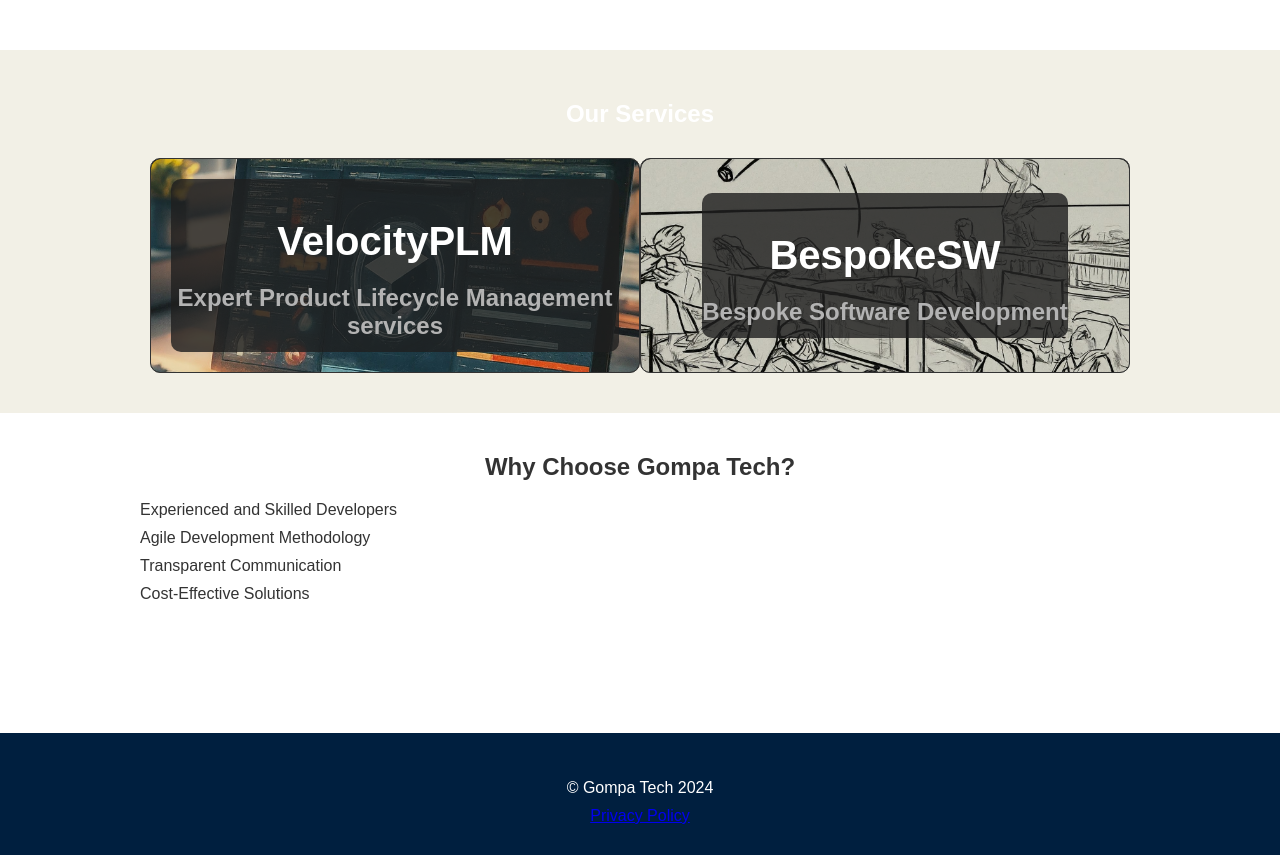
Repository: gompatech/website
Page: d3/index.html
An editor plug-in stored every save of this project. The page is shown before and after the next save, followed by the edit.
The browser window is 1280 px wide. The pictures show the part of the page from y = 257 to 1112 px (the page is 1112 px tall).

Above is the page before, as saved 2024-07-24 21:59:00.

### d3/index.html
<!DOCTYPE html>
<html lang="en">
<head>
  <meta charset="UTF-8">
  <meta name="viewport" content="width=device-width, initial-scale=1.0">
  <title>Gompa Tech - Software Development Solutions</title>
  <link rel="stylesheet" href="./style.css">
</head>
<body>
  <header class="navy-bg">
    <div class="container">
      <a href="#" class="logo">Gompa Tech</a>
      <nav>
        <ul>
          <li><a href="#">Home</a></li>
          <li><a href="#">Services</a></li>
          <li><a href="#">About Us</a></li>
          <li><a href="#">Contact</a></li>
        </ul>
      </nav>
    </div>
  </header>

  <main>
    <section class="hero">
      <div class="container">
        <h1>Empowering Your Business with Innovative Software Solutions</h1>
        <p>We specialize in bespoke software development Product Lifecycle Managment software services.</p>
        <a href="#" class="button">Get a Free Quote</a>
        <img src="images/hero-bg.jpg" alt="Code Background Image" class="hero-img">
      </div>
    </section>

    <section class="services navy-bg">
      <div class="container">
        <h2>Our Services</h2>
          <div class="services">
            <div class="services-container">
                <div class="text-content">
                    <h1>VelocityPLM</h1>
                    <h2>Expert Product Lifecycle Management services</h2>
                </div>
                <img src="./images/vPLMold.jpg" alt="VelocityPLM Old" class="active">
                <img src="./images/vPLMnew.jpg" alt="VelocityPLM New" class="inactive">
            </div>
            <div class="services-container">
                <div class="text-content">
                    <h1>BespokeSW</h1>
                    <h2>Bespoke Software Development</h2>
                </div>
                <img src="./images/vPLMold.jpg" alt="VelocityPLM Old" class="active">
                <img src="./images/vPLMnew.jpg" alt="VelocityPLM New" class="inactive">
            </div>
        </div>
      </div>
    </section>

    <section class="benefits">
      <div class="container">
        <h2>Why Choose Gompa Tech?</h2>
        <ul>
          <li>Experienced and Skilled Developers</li>
          <li>Agile Development Methodology</li>
          <li>Transparent Communication</li>
          <li>Cost-Effective Solutions</li>
        </ul>
      </div>
    </section>
  </main>

  <footer class="navy-bg">
    <div class="container">
      <p>&copy; Gompa Tech 2024</p>
      <a href="#">Privacy Policy</a>
    </div>
  </footer>
</body>

<style>
  .services {
      font-family: Arial, sans-serif;
      margin: 0;
      padding: 0;
      display: flex;
      flex-wrap: wrap;
      justify-content: center;
      align-items: stretch;
     /*
      background-color: #121212;
      color: #ffffff;
      padding: 5px;
      */
     /* background-color: #68aef5;  /* Navy blue */
      background-color: #F2F0E6;  /* Navy blue */
      color: #fff;
      padding: 10px;
  }
  .services-container {
      width: 50%;
      padding: 20px;
      border: 1px solid #333;
      border-radius: 10px;
      background-color: #1e1e1e;
      box-sizing: border-box;
      display: flex;
      flex-direction: column;
      align-items: center;
      justify-content: center;
      position: relative;
      overflow: hidden;
  }
  .services-container img {
      width: 100%;
      height: auto;
      max-height: 300px;
      object-fit: cover;
      border-radius: 10px;
      position: absolute;
      top: 0;
      left: 0;
      opacity: 0;
      transition: opacity 1s ease-in-out;
  }
  .services-container img.active {
      opacity: 1;
      z-index: 1;
  }
  .services-container img.inactive {
      z-index: 0;
  }
  .text-content {
      position: relative;
      z-index: 2;
      text-align: center;
      padding-top: 20px;
      background: rgba(30, 30, 30, 0.8);
      border-radius: 10px;
  }
  .services-container h1 {
      font-size: 2.5em;
      margin: 0.5em 0;
  }
  .services-container h2 {
      font-size: 1.5em;
      margin: 0.5em 0;
      color: #b3b3b3;
  }
  @media (max-width: 600px) {
      .services-container {
          width: 100%;
      }
      .services-container h1 {
          font-size: 2em;
      }
      .services-container h2 {
          font-size: 1.2em;
      }
  }
</style>

<script>
  let currentIndex = 0;
  const images = document.querySelectorAll('.services-container img');

  function showNextImage() {
      images[currentIndex].classList.remove('active');
      images[currentIndex].classList.add('inactive');
      currentIndex = (currentIndex + 1) % images.length;
      images[currentIndex].classList.remove('inactive');
      images[currentIndex].classList.add('active');
  }

  setInterval(showNextImage, 3000);
</script>

</html>

### d3/style.css
/* Basic styles */
body {
  font-family: sans-serif;
  margin: 0;
  padding: 0;
}

.container {
  max-width: 1000px;
  margin: 0 auto;
  padding: 20px;
}

/* Header */
header {
  background-color: #001F3F;  /* Navy blue */
  color: #fff;
  padding: 10px 0;
}

.logo {
  font-size: 2em;
  font-weight: bold;
  text-decoration: none;
  color: #fff;
}

nav {
  float: right;
}

nav ul {
  list-style: none;
  margin: 0;
  padding: 0;
}

nav li {
  display: inline-block;
  margin-left: 20px;
}

nav a {
  color: #fff;
  text-decoration: none;
  padding: 5px 10px;
}

nav a:hover {
  background-color: #2F4F4F; /* Darker navy blue on hover */
  transition: background-color 0.3s ease;
}

/* Main content */
main {
  padding-bottom: 50px;
  color: #333;
}

section {
  margin-bottom: 50px;
}

h1, h2 {
  text-align: center;
  margin-bottom: 20px;
}

.hero {
  position: relative;
}

.hero-img {
  position: absolute;
  top: 0;
  left: 0;
  width: 100%;
  height: 100%;
  opacity: 0.3; /* Set the transparency level for the background image */
}

.service-card {
  display: flex;
  align-items: center;
  margin-bottom: 20px;
  padding: 20px;
  border: 1px solid #ddd;
  border-radius: 5px;
}

.service-card img {
  width: 100px;
  margin-right: 20px;
}

.benefits ul {
  list-style: none;
  margin: 0;
  padding: 0;
}

.benefits li {
  margin-bottom: 10px;
}

/* Footer */
footer {
  background-color: #001F3F;
  color: #fff;
  padding: 10px 0;
  text-align: center;
}

footer p {
  margin-bottom: 10px;
}

After the next save:
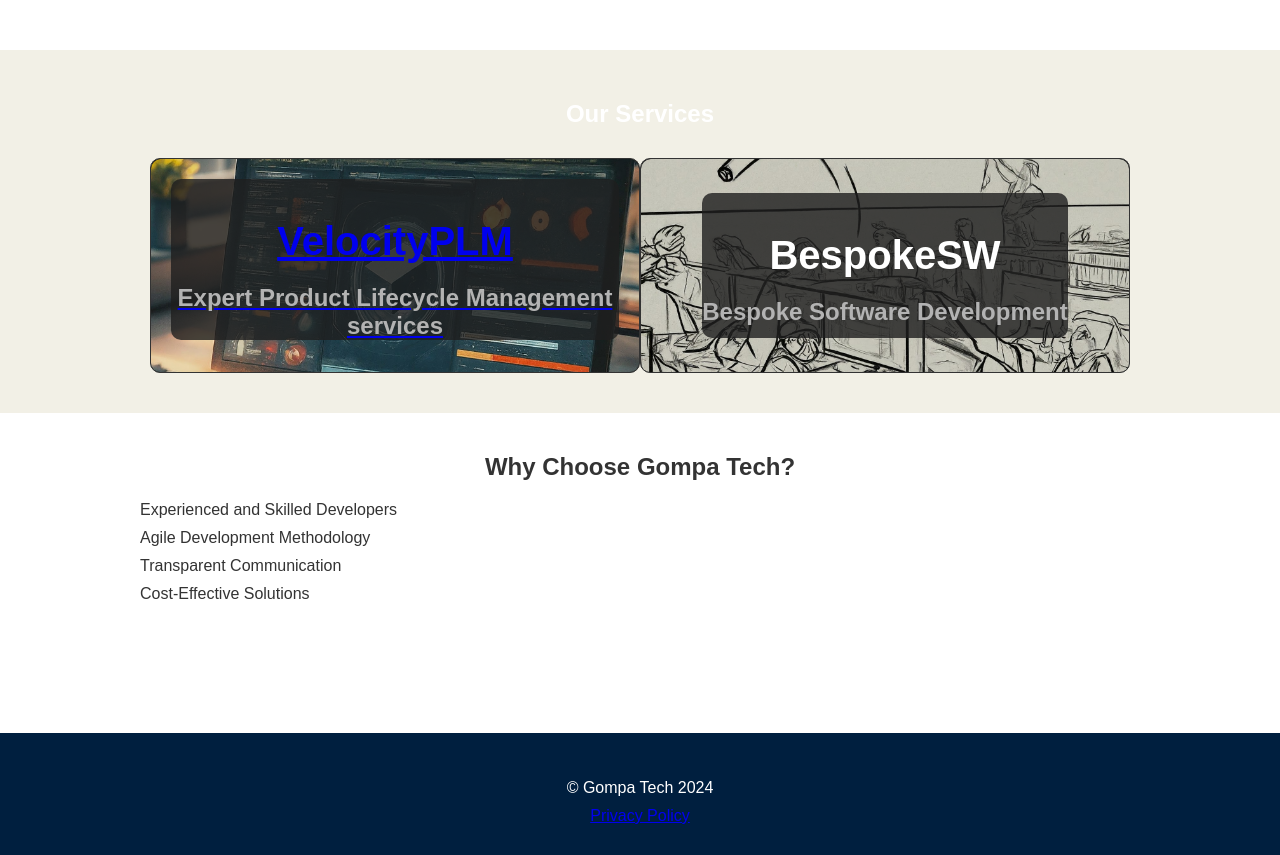
Saved 9 h 24 min later.
--- a/d3/index.html
+++ b/d3/index.html
@@ -36,12 +36,14 @@
         <h2>Our Services</h2>
           <div class="services">
             <div class="services-container">
+              <a href="https://www.gompatech.com/vplm3/index.html">
                 <div class="text-content">
                     <h1>VelocityPLM</h1>
                     <h2>Expert Product Lifecycle Management services</h2>
                 </div>
                 <img src="./images/vPLMold.jpg" alt="VelocityPLM Old" class="active">
                 <img src="./images/vPLMnew.jpg" alt="VelocityPLM New" class="inactive">
+              </a>
             </div>
             <div class="services-container">
                 <div class="text-content">
